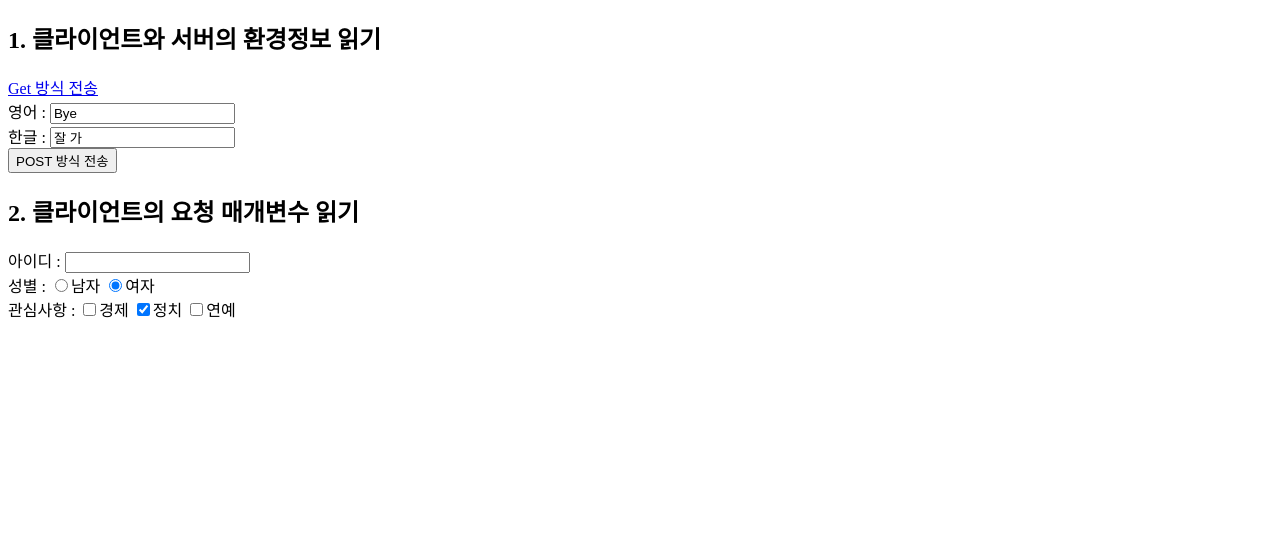
Repository: Park-Dongheon/Servlet-JSP_Training
Page: http://localhost/MustHaveJSP/02ImplicitObject/RequestMain.jsp
An editor plug-in stored every save of this project. The page is shown before and after a run of saves, followed by the edit.
The browser window is 1280 px wide. The pictures show the whole page.
The page is served by Tomcat 10. Other server files are loaded and not shown.

Above is the page before, as saved 2024-06-07 00:50:40.

### MustHaveJSP/src/main/webapp/02ImplicitObject/RequestMain.jsp
<%@ page language="java" contentType="text/html; charset=UTF-8"
    pageEncoding="UTF-8"%>
<!DOCTYPE html>
<html>
<head>
<meta charset="UTF-8">
<title>내장 객체 - request</title>
</head>
<body>
	<h2>1. 클라이언트와 서버의 환경정보 읽기</h2>
	<a href="./RequestWebInfo.jsp?eng=Hello&han=안녕">		<!-- GET 방식으로 요청 -->
		Get 방식 전송
	</a>
	<br />
	<form action="RequestWebInfo.jsp" method="post">		<!-- POST 방식으로 요청 -->
		영어 : <input type="text" name="eng" value="Bye" /><br />
		한글 : <input type="text" name="han" value="잘 가" /><br />
		<input type="submit" value="POST 방식 전송" />
	</form>

	<h2>2. 클라이언트의 요청 매개변수 읽기</h2>
	<form method="post" action="RequestParameter.jsp">		<!-- 다양한 <input> 태그 사용 -->
		아이디 : <input type="text" name="id" value="" /><br />
		성별 :
		<input type="radio" name="sex" value="man" />남자
		<input type="radio" name="sex" value="woman" checked="checked" />여자
		<br />
		관심사항 :
		<input type="checkbox" name="favo" value="eco" />경제
		<input type="checkbox" name="favo" value="pol" checked="checked" />정치
		<input type="checkbox" name="favo" value="ent"/>연예<br />
	</form>

</body>
</html>

After the next 2 saves:
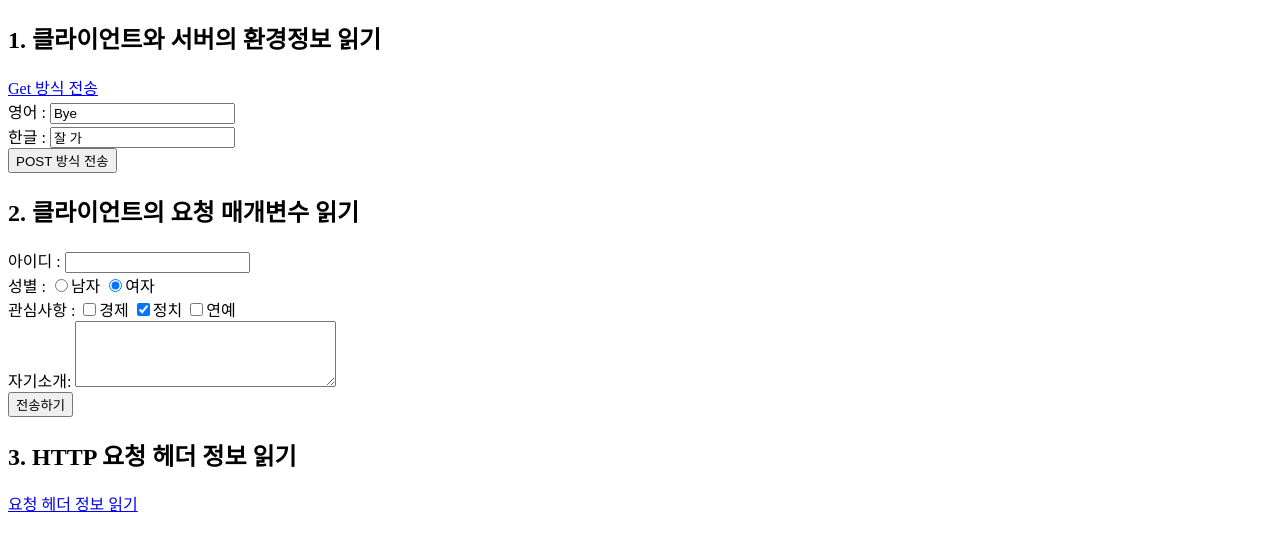
The 2 saves are shown as one change because they came seconds apart.
The last was saved 101 s later.
--- a/MustHaveJSP/src/main/webapp/02ImplicitObject/RequestMain.jsp
+++ b/MustHaveJSP/src/main/webapp/02ImplicitObject/RequestMain.jsp
@@ -29,7 +29,15 @@
 		<input type="checkbox" name="favo" value="eco" />경제
 		<input type="checkbox" name="favo" value="pol" checked="checked" />정치
 		<input type="checkbox" name="favo" value="ent"/>연예<br />
+		자기소개:
+		<textarea name="intro" cols="30" rows="4"></textarea>
+		<br />
+		<input type="submit" value="전송하기" />
 	</form>
 
+	<h2>3. HTTP 요청 헤더 정보 읽기</h2>
+	<a href="RequestHeader.jsp">
+		요청 헤더 정보 읽기
+	</a>
 </body>
 </html>
